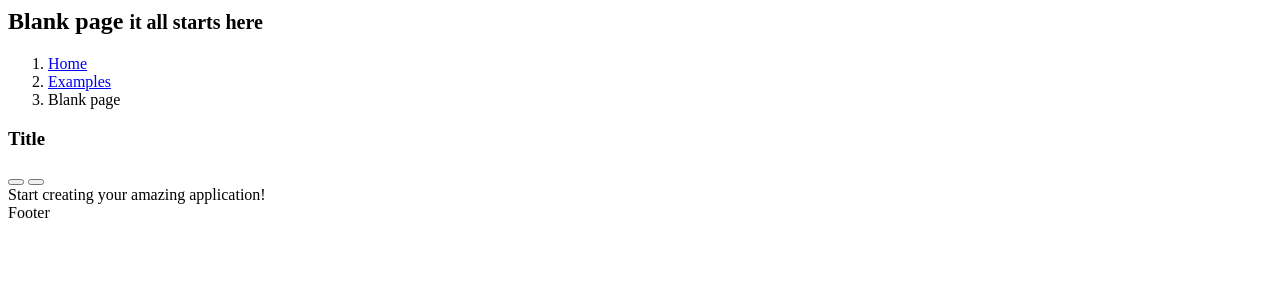
Repository: sanjeev167/IndiaOnLineVoting_3112020
Page: http://localhost/IndiaOnLineVoting/WEB-INF/jsp/adm/db.jsp
These files come from the project's save history. The page is drawn as it stood at one moment and after the next save; the edit follows.
The browser window is 1280 px wide. The pictures show the whole page.
The page is served by Tomcat 9. Nobody is signed in. Other server files are loaded and not shown. The template is opened directly, without the code that normally fills it, so the values that code supplies are empty.

Above is the page before, as saved 2020-11-02 06:59:19.

### IndiaOnLineVoting/src/main/webapp/WEB-INF/jsp/adm/db.jsp

    <!-- Content Header (Page header) -->
    <section class="content-header">
      <h1>
        Blank page
        <small>it all starts here</small>
      </h1>
      <ol class="breadcrumb">
        <li><a href="#"><i class="fa fa-dashboard"></i> Home</a></li>
        <li><a href="#">Examples</a></li>
        <li class="active">Blank page</li>
      </ol>
    </section>

    <!-- Main content -->
    <section class="content">

      <!-- Default box -->
      <div class="box">
        <div class="box-header with-border">
          <h3 class="box-title">Title</h3>

          <div class="box-tools pull-right">
            <button type="button" class="btn btn-box-tool" data-widget="collapse" data-toggle="tooltip"
                    title="Collapse">
              <i class="fa fa-minus"></i></button>
            <button type="button" class="btn btn-box-tool" data-widget="remove" data-toggle="tooltip" title="Remove">
              <i class="fa fa-times"></i></button>
          </div>
        </div>
        <div class="box-body">
          Start creating your amazing application!
        </div>
        <!-- /.box-body -->
        <div class="box-footer">
          Footer
        </div>
        <!-- /.box-footer-->
      </div>
      <!-- /.box -->

    </section>
    <!-- /.content -->

After the next save:
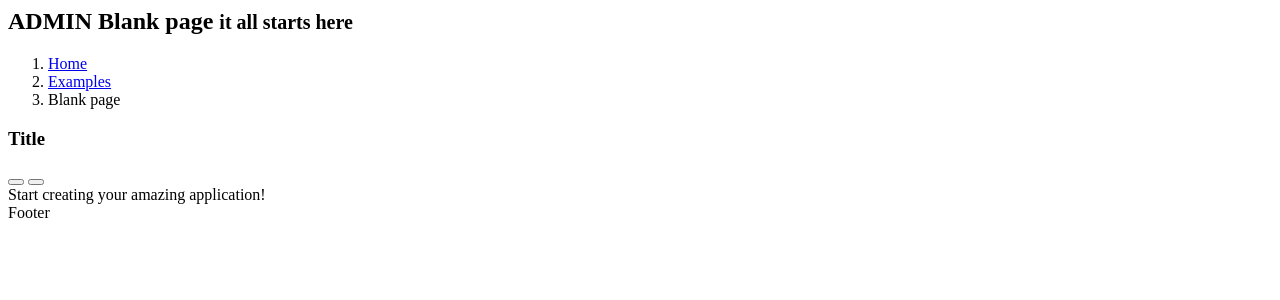
Saved 87 min 30 s later.
--- a/IndiaOnLineVoting/src/main/webapp/WEB-INF/jsp/adm/db.jsp
+++ b/IndiaOnLineVoting/src/main/webapp/WEB-INF/jsp/adm/db.jsp
@@ -2,7 +2,7 @@
     <!-- Content Header (Page header) -->
     <section class="content-header">
       <h1>
-        Blank page
+     ADMIN   Blank page
         <small>it all starts here</small>
       </h1>
       <ol class="breadcrumb">
